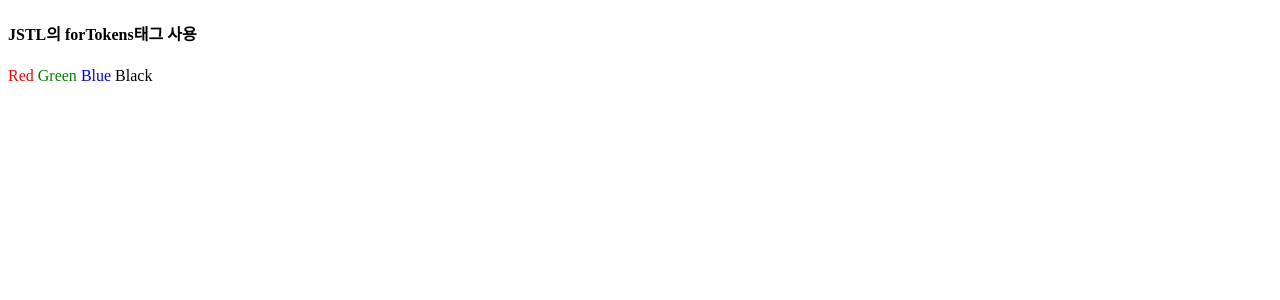
Repository: ssing365/JSPStudy
Page: http://localhost/JSPServlet/11JSTL/core/ForTokens.jsp
The author's editor kept a copy of each file at every save. The page is drawn from the files as they stood at one save, then again after a run of saves.
The browser window is 1280 px wide. The pictures show the whole page.
The page is served by Tomcat 10. Other server files are loaded and not shown.

Above is the page before, as saved 2024-11-07 01:41:53.

### JSPServlet/src/main/webapp/11JSTL/core/ForTokens.jsp
<%@ page language="java" contentType="text/html; charset=UTF-8"
    pageEncoding="UTF-8"%>
<%@ taglib prefix="c" uri="jakarta.tags.core"%>
<!DOCTYPE html>
<html>
<head>
<meta charset="UTF-8">
<title>JSTL - forTokens</title>
</head>
<body>
<!--
forTokens 태그 : 문자열에서 특정 구분자를 통해 반환된 배열의 크기만큼 반복해야할때 사용한다.
속성]
	items : 구분자를 포함한 문자열을 지정한다. 컬렉션이나 배열은 사용할 수 없다.
	delims(Delimiter) :  구분자. 여러가지 특수기호('-', '콤마', '/', ';')를 사용할 수 있다.
	var : 구분자를 통해 잘라낸 토큰을 저장한다.
	* 토큰이란? :문법적으로 의미있는 최소단위. 하이픈으로 구분되는 전화번호를 분리했을때 각 번호가 토큰.
	-->
	<%
	String rgba = "Red, Green, Blue, Black";
	%>
	<h4>JSTL의 forTokens태그 사용</h4>
	<!-- 콤마를 기준으로 문자열을 잘라낸 뒤 하나씩 출력한다. -->
	<c:forTokens items="<%= rgba %>" delims="," var="color">
		<span style="color:${color};">${color }</span>
	</c:forTokens>

</body>
</html>

After the next 4 saves:
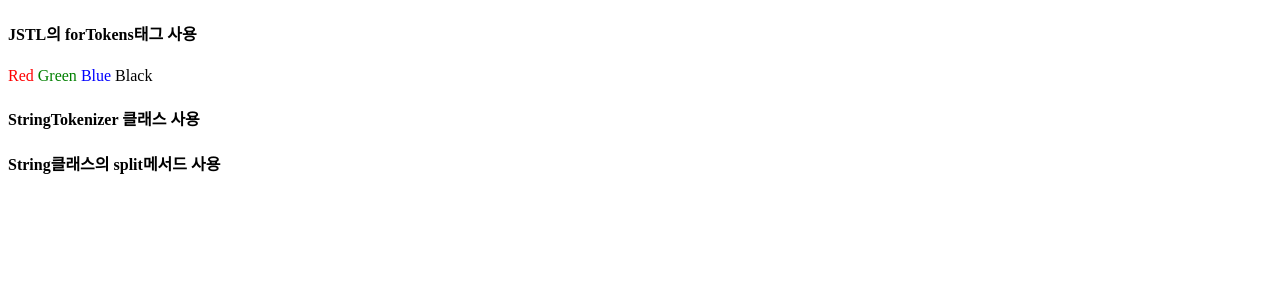
The 4 saves are shown as one change because 2 did not build or start and some came seconds apart.
The last was saved 5 min 42 s later.
--- a/JSPServlet/src/main/webapp/11JSTL/core/ForTokens.jsp
+++ b/JSPServlet/src/main/webapp/11JSTL/core/ForTokens.jsp
@@ -1,3 +1,4 @@
+<%@page import="java.util.StringTokenizer"%>
 <%@ page language="java" contentType="text/html; charset=UTF-8"
     pageEncoding="UTF-8"%>
 <%@ taglib prefix="c" uri="jakarta.tags.core"%>
@@ -24,6 +25,10 @@
 	<c:forTokens items="<%= rgba %>" delims="," var="color">
 		<span style="color:${color};">${color }</span>
 	</c:forTokens>
-
+	<h4>StringTokenizer 클래스 사용</h4>
+	<%
+	StringTokenizer tokens = new StringTokenizer(rgba, ",");
+	%>
+	<h4>String클래스의 split메서드 사용</h4>
 </body>
 </html>
